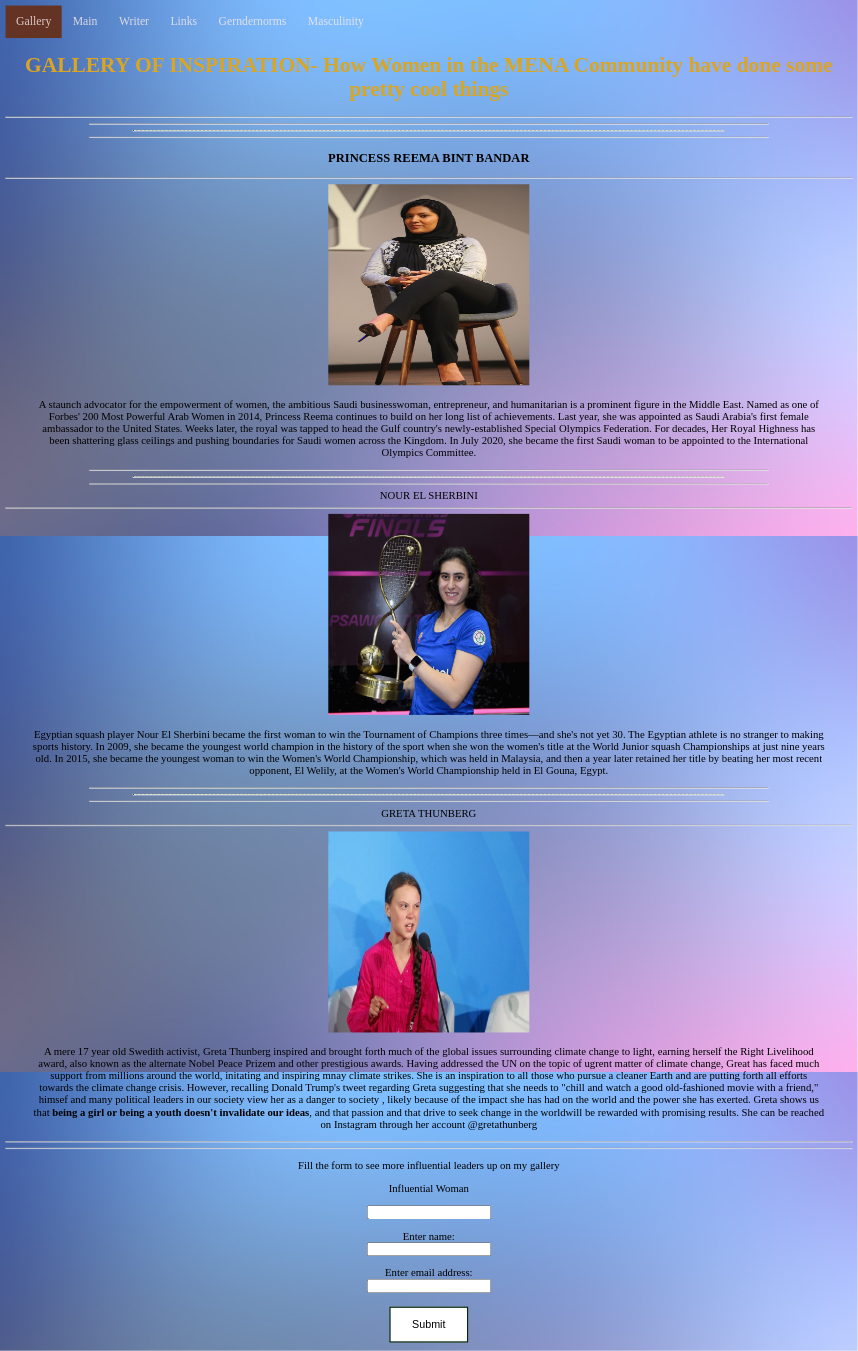
Repository: Lujaina-E/womens-rights-site
Page: gallery.html
These files come from the project's save history. The page is drawn as it stood at one moment and after the next save; the edit follows.
The browser window is 1280 px wide. The pictures show the whole page, at 67% of full size.
Backgrounds fixed to the window are drawn as part of the page.

Above is the page before, as saved 2022-07-26 00:03:11.

After the next save:
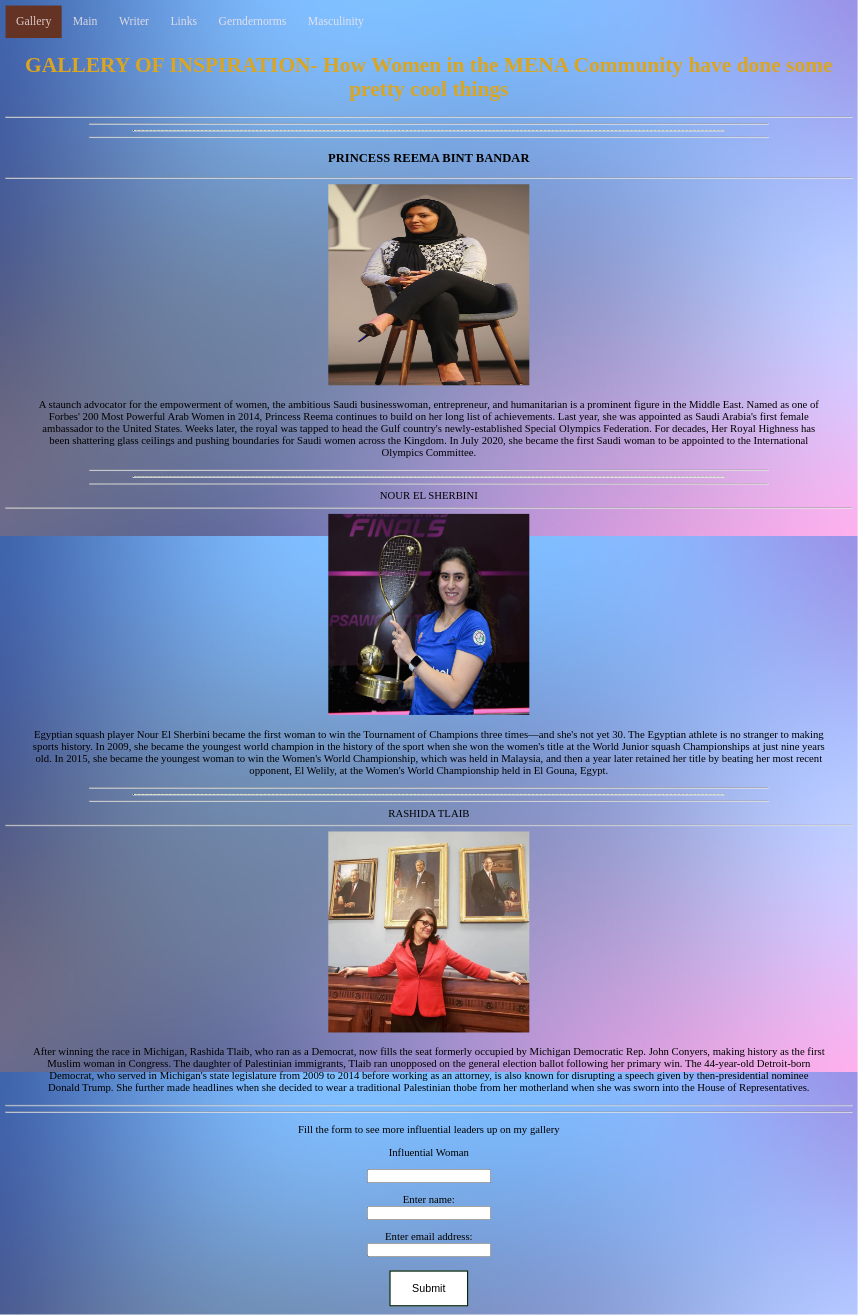
Saved 73 s later.
--- a/gallery.html
+++ b/gallery.html
@@ -68,20 +68,18 @@
                   Gouna, Egypt.</p>
         </section>
         <section>
-            <hr class="first"><hr class="second"><hr class="first">GRETA THUNBERG</h3><hr>
-            <img class="galleryPhoto" src="Pictures/greta.jpg" alt="A picture of Greta Thunberg">
-            <p class="person-info">A mere 17 year old Swedith activist, Greta Thunberg inspired and brought forth much of the global
-            issues surrounding climate change to light, earning herself the Right Livelihood award, also known as
-            the alternate Nobel Peace Prizem and other prestigious awards. Having addressed the UN on the topic
-            of ugrent matter of climate change, Great has faced much support from millions around the world,
-            initating and inspiring mnay climate strikes. She is an inspiration to all those who pursue a cleaner
-            Earth and are putting forth all efforts towards the climate change crisis. However, recalling Donald
-            Trump's tweet regarding Greta suggesting that she needs to "chill and watch a good old-fashioned movie
-            with a friend," himsef and many political leaders in our society view her as a danger to society ,
-            likely because of the impact she has had on the world and the power she has exerted. Greta shows us that
-            <b>being a girl or being a youth doesn't invalidate our ideas</b>, and that passion and that drive to seek
-            change in the worldwill be rewarded with promising results. She can be reached on Instagram through her
-            account @gretathunberg</p>
+            <hr class="first"><hr class="second"><hr class="first">RASHIDA TLAIB</h3><hr>
+            <img class="galleryPhoto" src="Pictures/rashida.jpg" alt="A picture of Rashida">
+            <p class="person-info">After winning the race in Michigan, Rashida Tlaib, who ran as a
+                 Democrat, now fills the seat formerly occupied by Michigan Democratic Rep.
+                  John Conyers, making history as the first Muslim woman in Congress. The
+                  daughter of Palestinian immigrants, Tlaib ran unopposed on the general
+                  election ballot following her primary win. The 44-year-old Detroit-born
+                  Democrat, who served in Michigan's state legislature from 2009 to 2014
+                  before working as an attorney, is also known for disrupting a speech given
+                   by then-presidential nominee Donald Trump. She further made headlines
+                    when she decided to wear a traditional Palestinian thobe from her
+                     motherland when she was sworn into the House of Representatives.</p>
         </section>
 
     </body> <hr><hr>
